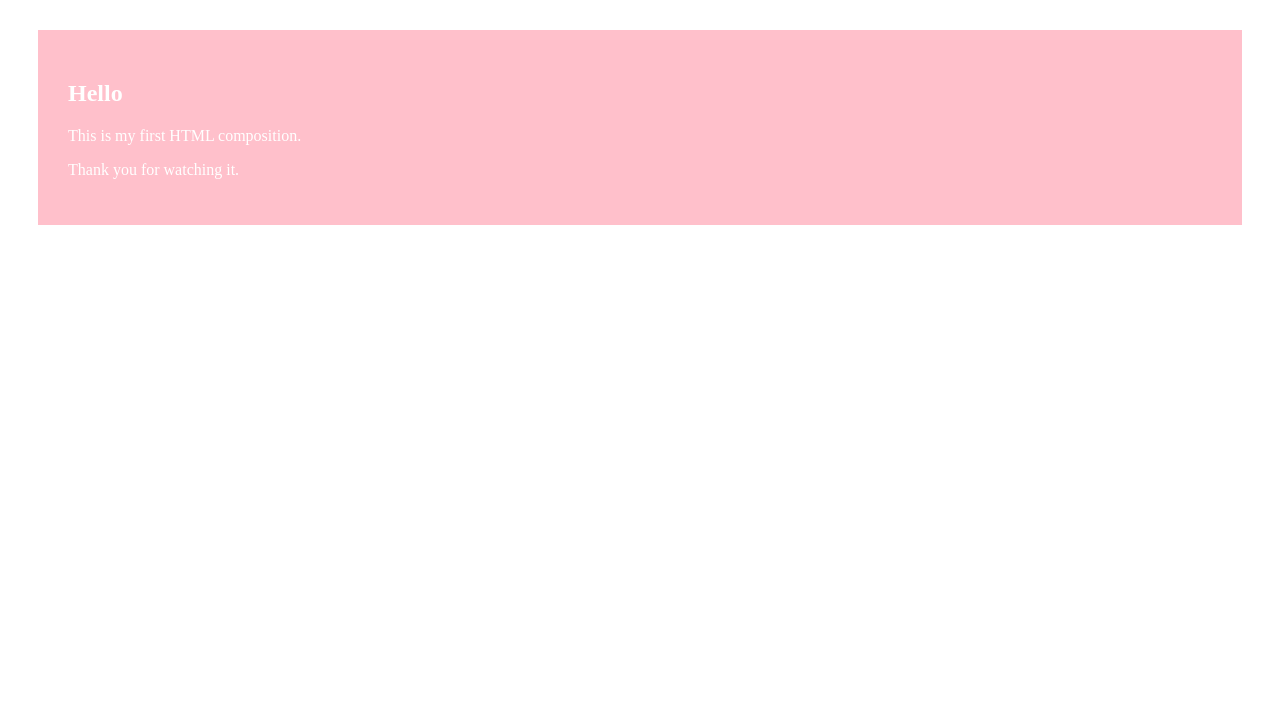
Repository: hyereechoi/hyereechoi.github.io
Page: h1.html
The author's editor kept a record of every edit. The page is drawn from the files as they stood at one moment, then again after the next edit.
The browser window is 1280 px wide. The pictures show the whole page.

Above is the page before.

### h1.html
<!DOCTYPE html>
<html>
<head>
<style>
.cities {
    background-color:pink;
    color:white;
    margin:30px;
    padding:30px;
}
</style>
</head>

<body>

<div class="cities">
<h2>Hello</h2>

<p>This is my first HTML composition.</p>

<p>Thank you for watching it.</p>
</div>

</body>
</html>

After the next edit:
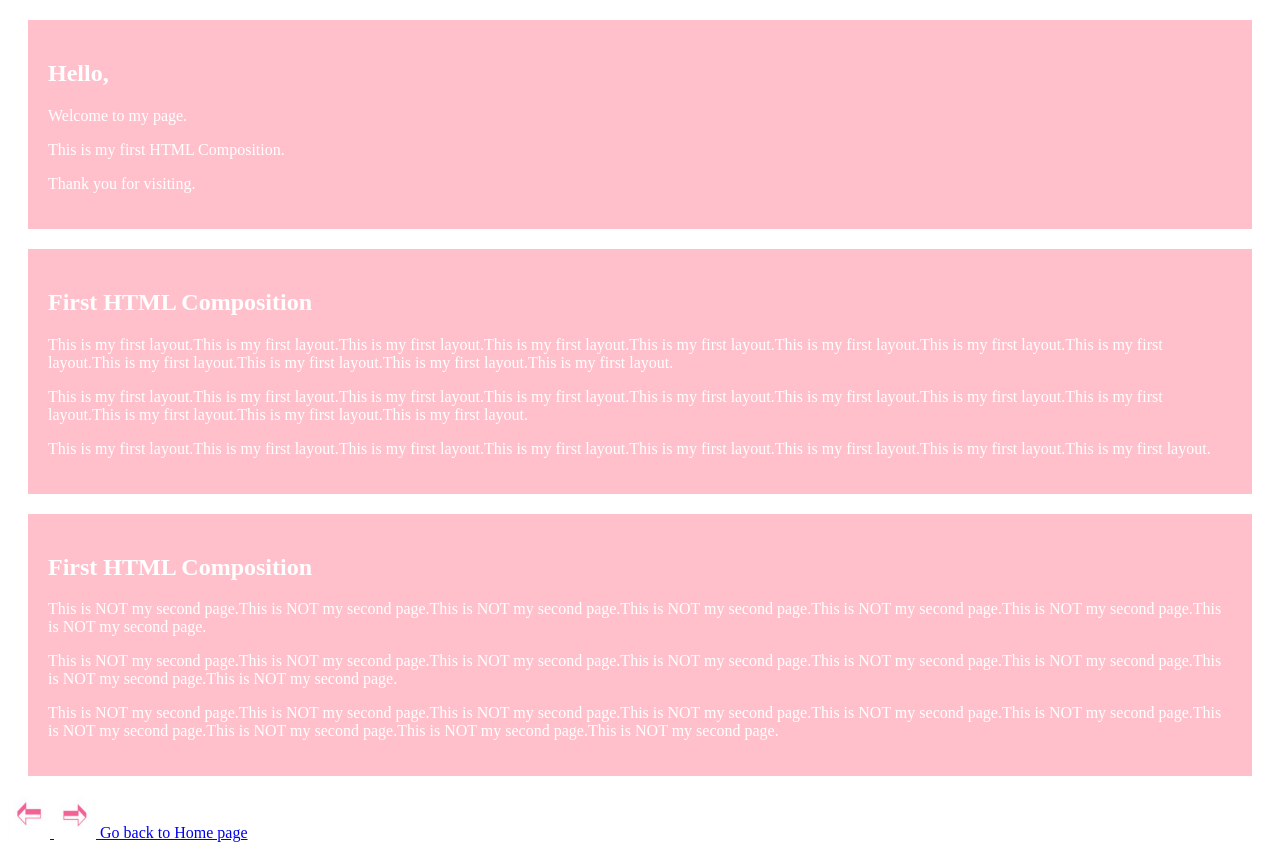
The edit:
--- a/h1.html
+++ b/h1.html
@@ -5,8 +5,8 @@
 .cities {
     background-color:pink;
     color:white;
-    margin:30px;
-    padding:30px;
+    margin:20px;
+    padding:20px;
 }
 </style>
 </head>
@@ -14,12 +14,47 @@
 <body>
 
 <div class="cities">
-<h2>Hello</h2>
+<h2>Hello,</h2>
 
-<p>This is my first HTML composition.</p>
+<p>Welcome to my page.</p>
 
-<p>Thank you for watching it.</p>
+<p>This is my first HTML Composition.</p>
+
+<p>Thank you for visiting.
+</div>
+
+<div class="cities">
+<h2>First HTML Composition</h2>
+
+<p>This is my first layout.This is my first layout.This is my first layout.This is my first layout.This is my first layout.This is my first layout.This is my first layout.This is my first layout.This is my first layout.This is my first layout.This is my first layout.This is my first layout.</p>
+
+<p>This is my first layout.This is my first layout.This is my first layout.This is my first layout.This is my first layout.This is my first layout.This is my first layout.This is my first layout.This is my first layout.This is my first layout.This is my first layout.</p>
+
+<p>This is my first layout.This is my first layout.This is my first layout.This is my first layout.This is my first layout.This is my first layout.This is my first layout.This is my first layout.</p>
+</div>
+
+<div class="cities">
+<h2>First HTML Composition</h2>
+
+<p>This is NOT my second page.This is NOT my second page.This is NOT my second page.This is NOT my second page.This is NOT my second page.This is NOT my second page.This is NOT my second page.</p>
+
+<p>This is NOT my second page.This is NOT my second page.This is NOT my second page.This is NOT my second page.This is NOT my second page.This is NOT my second page.This is NOT my second page.This is NOT my second page.</p>
+
+<p>This is NOT my second page.This is NOT my second page.This is NOT my second page.This is NOT my second page.This is NOT my second page.This is NOT my second page.This is NOT my second page.This is NOT my second page.This is NOT my second page.This is NOT my second page.</p>
 </div>
 
 </body>
 </html>
+
+<a href="h1.html">
+<img src="pre.jpg" style="width:42px;height:42px;border:0">
+</a>
+
+
+
+<a href="h3.html">
+<img src="next.jpg" style="width:42px;height:42px;border:0">
+</a>
+
+
+<a href="index.html">Go back to Home page</a>
